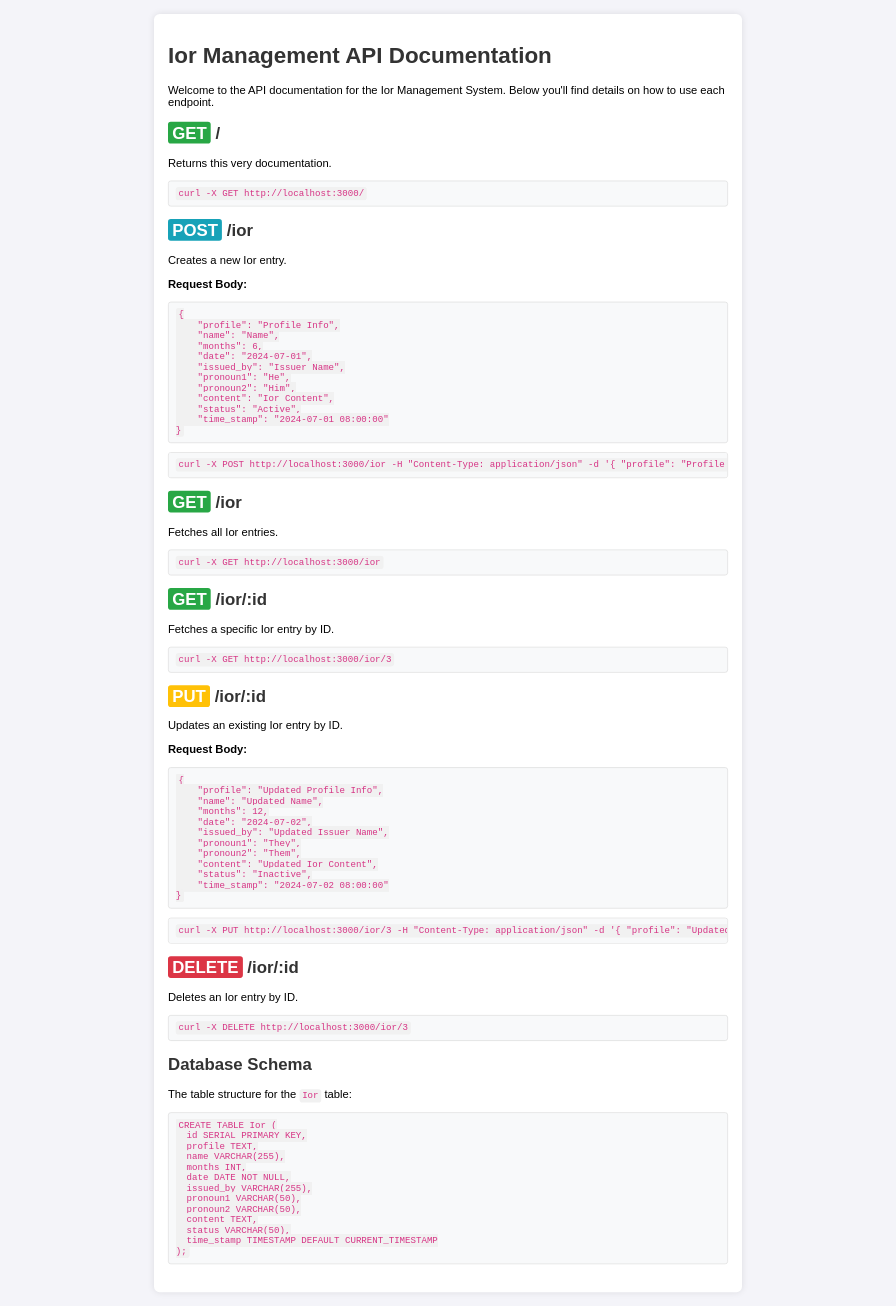
Repository: SpicierEwe/eod_node_express_server
Page: api_documentation/documentation.html
These files come from the project's save history. The page is drawn as it stood at one moment and after the next save; the edit follows.
The browser window is 1280 px wide. The pictures show the whole page, at 70% of full size.

Above is the page before, as saved 2024-08-06 21:38:17.

After the next save:
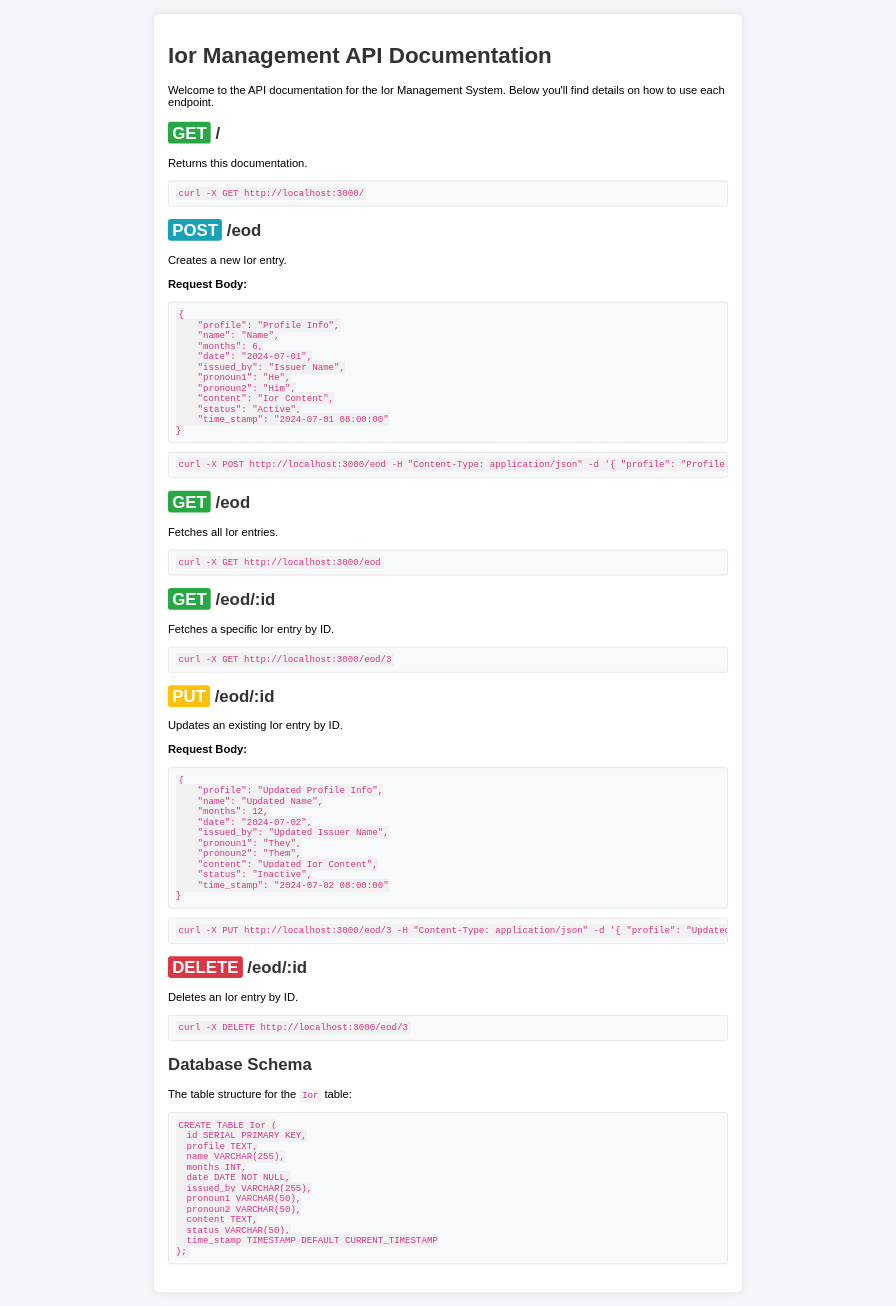
Saved 102 s later.
--- a/api_documentation/documentation.html
+++ b/api_documentation/documentation.html
@@ -70,12 +70,12 @@
 
       <div class="route">
         <h2><span class="method get">GET</span> /</h2>
-        <p>Returns this very documentation.</p>
+        <p>Returns this documentation.</p>
         <pre><code>curl -X GET http://localhost:3000/</code></pre>
       </div>
 
       <div class="route">
-        <h2><span class="method post">POST</span> /ior</h2>
+        <h2><span class="method post">POST</span> /eod</h2>
         <p>Creates a new Ior entry.</p>
         <p><strong>Request Body:</strong></p>
         <pre><code>{
@@ -90,23 +90,23 @@
     "status": "Active",
     "time_stamp": "2024-07-01 08:00:00"
 }</code></pre>
-        <pre><code>curl -X POST http://localhost:3000/ior -H "Content-Type: application/json" -d '{ "profile": "Profile Info", "name": "Name", "months": 6, "date": "2024-07-01", "issued_by": "Issuer Name", "pronoun1": "He", "pronoun2": "Him", "content": "Ior Content", "status": "Active", "time_stamp": "2024-07-01 08:00:00" }'</code></pre>
+        <pre><code>curl -X POST http://localhost:3000/eod -H "Content-Type: application/json" -d '{ "profile": "Profile Info", "name": "Name", "months": 6, "date": "2024-07-01", "issued_by": "Issuer Name", "pronoun1": "He", "pronoun2": "Him", "content": "Ior Content", "status": "Active", "time_stamp": "2024-07-01 08:00:00" }'</code></pre>
       </div>
 
       <div class="route">
-        <h2><span class="method get">GET</span> /ior</h2>
+        <h2><span class="method get">GET</span> /eod</h2>
         <p>Fetches all Ior entries.</p>
-        <pre><code>curl -X GET http://localhost:3000/ior</code></pre>
+        <pre><code>curl -X GET http://localhost:3000/eod</code></pre>
       </div>
 
       <div class="route">
-        <h2><span class="method get">GET</span> /ior/:id</h2>
+        <h2><span class="method get">GET</span> /eod/:id</h2>
         <p>Fetches a specific Ior entry by ID.</p>
-        <pre><code>curl -X GET http://localhost:3000/ior/3</code></pre>
+        <pre><code>curl -X GET http://localhost:3000/eod/3</code></pre>
       </div>
 
       <div class="route">
-        <h2><span class="method put">PUT</span> /ior/:id</h2>
+        <h2><span class="method put">PUT</span> /eod/:id</h2>
         <p>Updates an existing Ior entry by ID.</p>
         <p><strong>Request Body:</strong></p>
         <pre><code>{
@@ -121,13 +121,13 @@
     "status": "Inactive",
     "time_stamp": "2024-07-02 08:00:00"
 }</code></pre>
-        <pre><code>curl -X PUT http://localhost:3000/ior/3 -H "Content-Type: application/json" -d '{ "profile": "Updated Profile Info", "name": "Updated Name", "months": 12, "date": "2024-07-02", "issued_by": "Updated Issuer Name", "pronoun1": "They", "pronoun2": "Them", "content": "Updated Ior Content", "status": "Inactive", "time_stamp": "2024-07-02 08:00:00" }'</code></pre>
+        <pre><code>curl -X PUT http://localhost:3000/eod/3 -H "Content-Type: application/json" -d '{ "profile": "Updated Profile Info", "name": "Updated Name", "months": 12, "date": "2024-07-02", "issued_by": "Updated Issuer Name", "pronoun1": "They", "pronoun2": "Them", "content": "Updated Ior Content", "status": "Inactive", "time_stamp": "2024-07-02 08:00:00" }'</code></pre>
       </div>
 
       <div class="route">
-        <h2><span class="method delete">DELETE</span> /ior/:id</h2>
+        <h2><span class="method delete">DELETE</span> /eod/:id</h2>
         <p>Deletes an Ior entry by ID.</p>
-        <pre><code>curl -X DELETE http://localhost:3000/ior/3</code></pre>
+        <pre><code>curl -X DELETE http://localhost:3000/eod/3</code></pre>
       </div>
 
       <div class="route">
